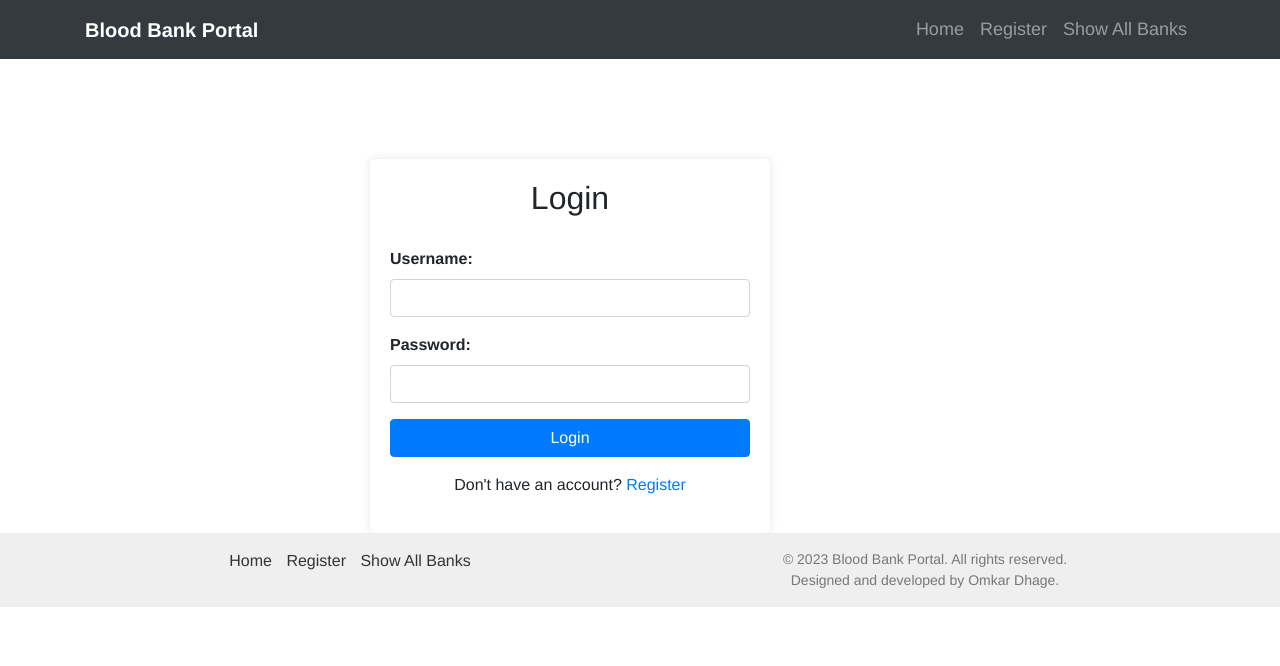
Repository: omi4535/Decentralized_Blood_Bank_System
Page: http://localhost/blood_bank_system/login.jsp
These files come from the project's save history. The page is drawn as it stood at one moment and after the next save; the edit follows.
The browser window is 1280 px wide. The pictures show the whole page.
Some web libraries are served in a nearby version. The page is served by Tomcat 9. Other server files are loaded and not shown.

Above is the page before, as saved 2023-07-04 18:23:14.

### blood bank system/src/main/webapp/login.jsp
<%@ page language="java" contentType="text/html; charset=UTF-8"
    pageEncoding="UTF-8"%>
<%@ page contentType="text/html; charset=UTF-8" %>
<!DOCTYPE html>
<html lang="en">
<head>
    <meta charset="UTF-8">
    <meta name="viewport" content="width=device-width, initial-scale=1.0">
    <title>Login</title>
    <link rel="stylesheet" href="https://maxcdn.bootstrapcdn.com/bootstrap/4.5.2/css/bootstrap.min.css">
    <style>
        body {
            background-color: #f8f9fa;
        }
        .login-container {
            margin-top: 100px;
            max-width: 400px;
            background-color: #fff;
            border-radius: 5px;
            box-shadow: 0px 0px 10px rgba(0, 0, 0, 0.1);
            padding: 20px;
        }
        .login-container h2 {
            text-align: center;
            margin-bottom: 30px;
        }
        .form-group {
            margin-bottom: 20px;
        }
        .form-group label {
            font-weight: bold;
        }
        .btn-login {
            width: 100%;
        }
        .text-center {
            text-align: center;
        }
    </style>
</head>
<body>
<%@ include file="NavBar.jsp"%>
    <div class="container">
        <div class="row justify-content-center">
            <div class="col-md-6">
                <div class="login-container">
                    <h2>Login</h2>
                    <form action="loginServlet" method="POST">
                        <div class="form-group">
                            <label for="username">Username:</label>
                            <input type="text" class="form-control" id="username" name="username" required>
                        </div>
                        <div class="form-group">
                            <label for="password">Password:</label>
                            <input type="password" class="form-control" id="password" name="password" required>
                        </div>
                        <div class="form-group">
                            <button type="submit" class="btn btn-primary btn-login">Login</button>
                        </div>
                    </form>
                    <p class="text-center">Don't have an account? <a href="register.jsp">Register</a></p>
                </div>
            </div>
        </div>
    </div>
    <%@ include file="footer.jsp"%>
</body>
</html>

### blood bank system/src/main/webapp/NavBar.jsp
<%@ page language="java" contentType="text/html; charset=UTF-8"
    pageEncoding="UTF-8"%>
<!DOCTYPE html>
<html>
<head>
    <meta charset="UTF-8">
    <meta name="viewport" content="width=device-width, initial-scale=1.0">
    <title>Blood Bank Portal</title>
    <link rel="stylesheet" href="https://maxcdn.bootstrapcdn.com/bootstrap/4.5.2/css/bootstrap.min.css">
    <style>
        .navbar-brand {
            font-weight: bold;
        }

        .navbar-nav .nav-link {
            font-size: 18px;
        }
    </style>
</head>
<body>
    <nav class="navbar navbar-expand-lg navbar-dark bg-dark">
        <div class="container">
            <a class="navbar-brand" href="index.jsp">Blood Bank Portal</a>
            <button class="navbar-toggler" type="button" data-toggle="collapse" data-target="#navbarNav" aria-controls="navbarNav" aria-expanded="false" aria-label="Toggle navigation">
                <span class="navbar-toggler-icon"></span>
            </button>
            <div class="collapse navbar-collapse" id="navbarNav">
                <ul class="navbar-nav ml-auto">
                    <li class="nav-item">
                        <a class="nav-link" href="index.jsp">Home</a>
                    </li>
                    <li class="nav-item">
                        <a class="nav-link" href="registration.jsp">Register</a>
                    </li>
                    <li class="nav-item">
                        <a class="nav-link" href="/all_banks">Show All Banks</a>
                    </li>
                </ul>

            </div>
        </div>
    </nav>

</body>
</html>

### blood bank system/src/main/webapp/footer.jsp
<%@ page language="java" contentType="text/html; charset=UTF-8"
	pageEncoding="UTF-8"%>
<!DOCTYPE html>
<html lang="en">
<head>
<meta charset="UTF-8">
<meta name="viewport" content="width=device-width, initial-scale=1.0">
<title>Blood Bank Portal</title>
<link rel="stylesheet"
	href="https://maxcdn.bootstrapcdn.com/bootstrap/4.5.2/css/bootstrap.min.css">
<style>

*,
*:before,
*:after {
  -webkit-box-sizing: border-box;
  -moz-box-sizing:    border-box;
  box-sizing:         border-box;
}

html {
  height: 100%;
}

body {
  position: relative;
  margin: 0;
  padding-bottom: 4rem;
  min-height: 100%;
  font-family: "Helvetica Neue", Arial, sans-serif;
}

.footer {
	background-color: #f8f9fa;
	padding: 20px;
	position: relative;
	right: 0;
	bottom: 0;
	left: 0;
	padding: 1rem;
	background-color: #efefef;
	text-align: center;
}

.footer-links a {
	color: #333;
	margin-right: 10px;
}

.footer-info {
	color: #777;
	font-size: 14px;
}
</style>
</head>
<body>


	<footer class="footer">
		<div class="container">
			<div class="row">
				<div class="col-md-6">
					<div class="footer-links">
						<a href="index.jsp">Home</a> <a href="registration.jsp">Register</a>
						<a href="All_banks.jsp">Show All Banks</a>
					</div>
				</div>
				<div class="col-md-6">
					<div class="footer-info">
						&copy; 2023 Blood Bank Portal. All rights reserved. <br>
						Designed and developed by Omkar Dhage.
					</div>
				</div>
			</div>
		</div>
	</footer>

	<script src="https://code.jquery.com/jquery-3.5.1.slim.min.js"></script>
	<script
		src="https://cdn.jsdelivr.net/npm/@popperjs/core@1.16.0/dist/umd/popper.min.js"></script>
	<script
		src="https://maxcdn.bootstrapcdn.com/bootstrap/4.5.2/js/bootstrap.min.js"></script>
</body>
</html>

After the next save:
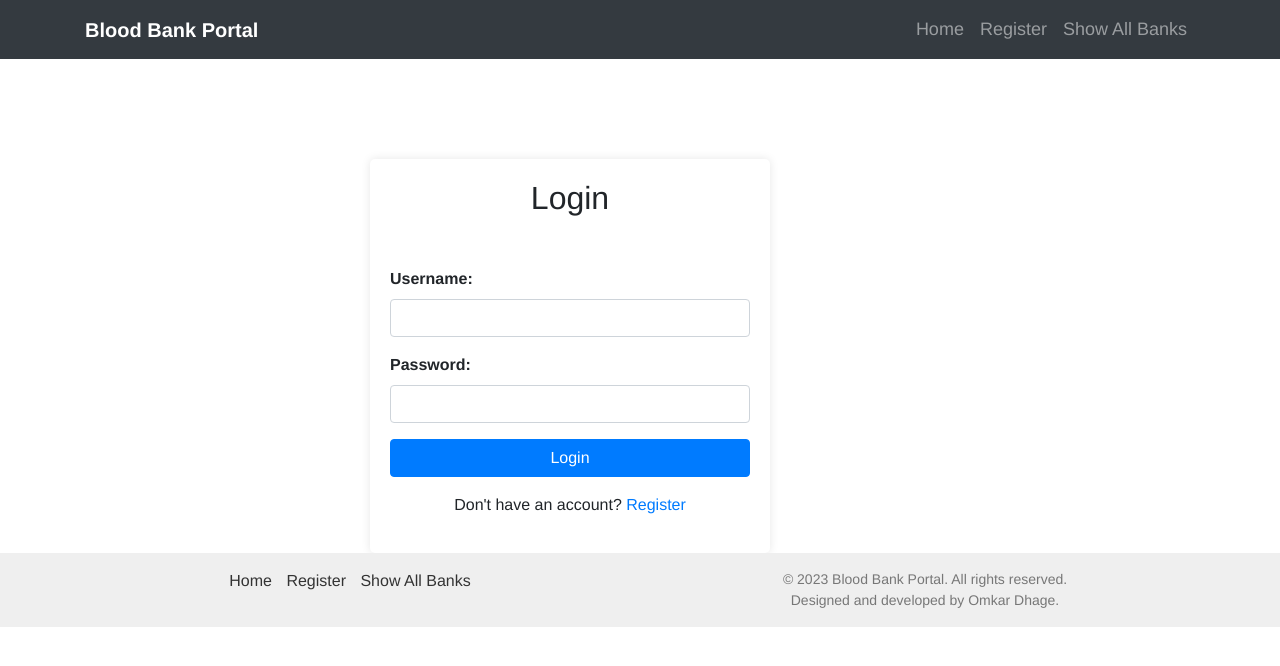
Saved 36 s later.
--- a/blood bank system/src/main/webapp/login.jsp
+++ b/blood bank system/src/main/webapp/login.jsp
@@ -22,7 +22,7 @@
         }
         .login-container h2 {
             text-align: center;
-            margin-bottom: 30px;
+            margin-bottom: 50px;
         }
         .form-group {
             margin-bottom: 20px;
